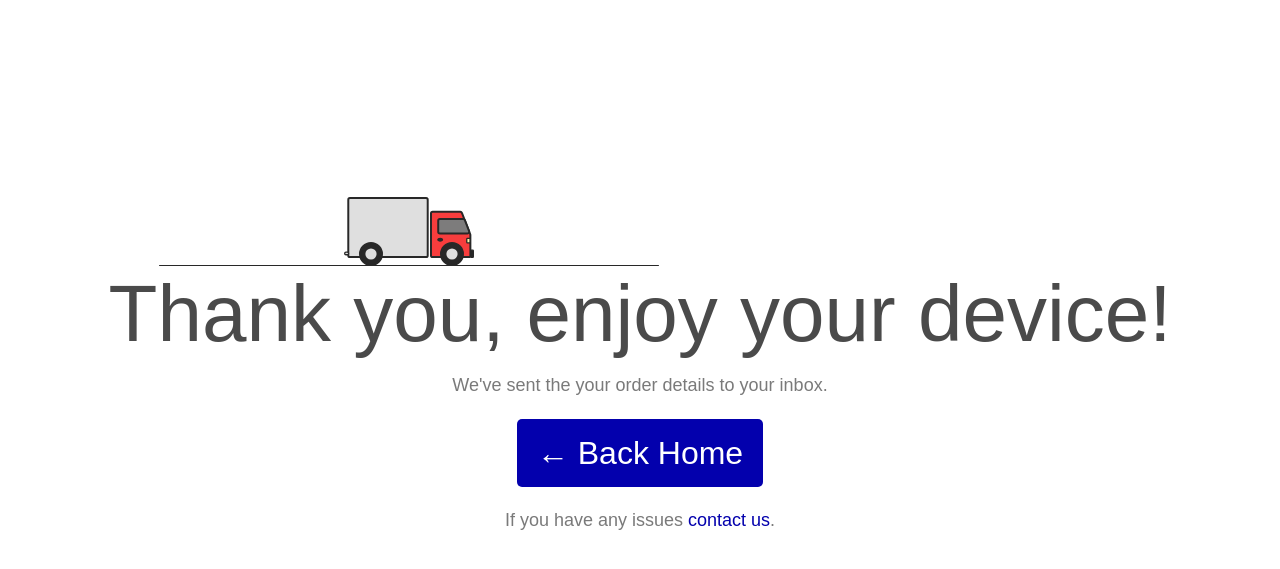
Repository: Davidobi21/macelect
Page: frontend/pages/thank-you.html
The author's editor kept a copy of each file at every save. The page is drawn from the files as they stood at one save, then again after the next save.
The browser window is 1280 px wide. The pictures show the whole page.

Above is the page before, as saved 2025-05-06 10:35:02.

After the next save:
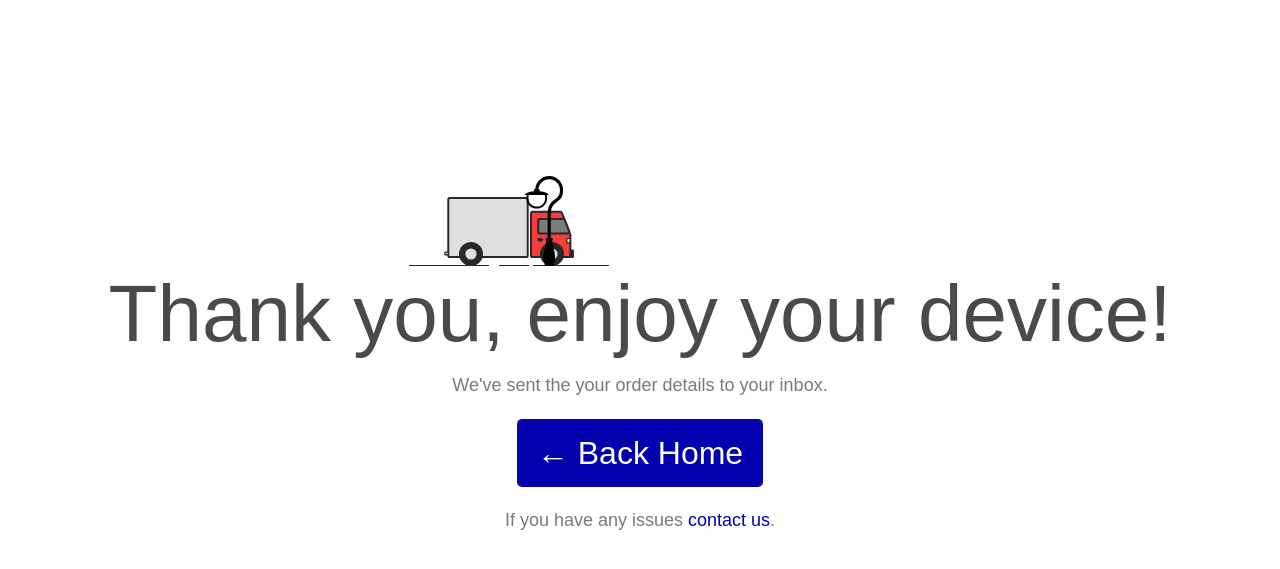
Saved 16 s later.
--- a/frontend/pages/thank-you.html
+++ b/frontend/pages/thank-you.html
@@ -17,7 +17,7 @@
 
     /* From Uiverse.io by vinodjangid07 */
 .loader {
-  width: 600px;
+  width: 800px;
   height: fit-content;
   display: flex;
   align-items: center;
@@ -25,7 +25,7 @@
 }
 
 .truckWrapper {
-  width: 500px;
+  width: 200px;
   height: 100px;
   display: flex;
   flex-direction: column;
